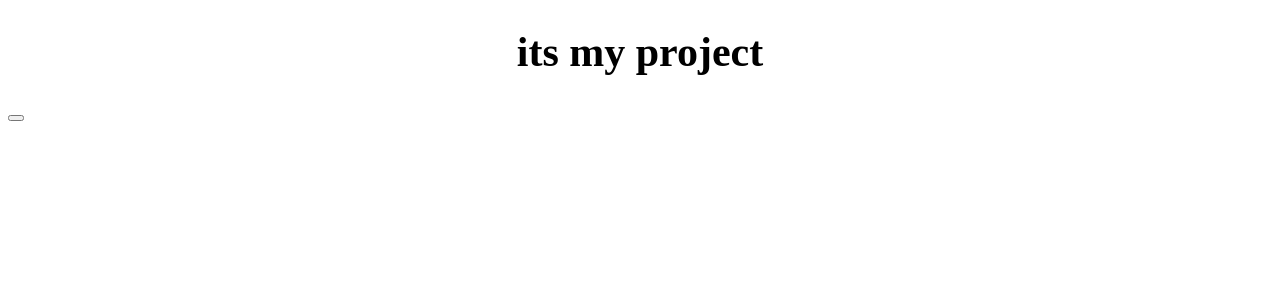
Repository: Hansol46/Films-archive
Page: /
These files come from the project's save history. The page is drawn as it stood at one moment and after the next save; the edit follows.
The browser window is 1280 px wide. The pictures show the whole page.
The page's requests for data from a server got no answer. The project was rebuilt for these pictures with package versions that can differ from the ones it lists, and the page was loaded fresh each time. No one was signed in, and anything a server would have sent is missing. Also part of the build but not shown: webpack.config.js.

Above is the page before, as saved 2020-09-24 19:55:30.

### src/index.html
<!DOCTYPE html>
<html lang="en">
<head>
    <meta charset="UTF-8">
    <meta name="viewport" content="width=device-width, initial-scale=1.0">
    <title>Search Films</title>
</head>
<body>
    <div id='root'>

    </div>
</body>
</html>

### src/index.js
import React from 'react'
import ReactDOM from 'react-dom'
import App from './components/App'


ReactDOM.render(<App />, document.getElementById('root'))

### src/components/App.js
import React from 'react'
import '../styles/App.css'
import Search from './Search'


function App () {
    return (
        <div>
            <h1> its my project</h1>
            <Search />
        </div>
    )
}

export default App

### src/styles/App.css
h1 {
    color: black;
    text-align: center;
    font-size: 42px;
}

### src/components/Search.js
import React, { useEffect, useState } from 'react'

function Search() {
    // const [error, setError] = useState(null)
    // const [isLoader, setLoader] = useState(false)
    // const [state, setState] = useState([])

    // useEffect( () => {
    //     fetch('http://www.omdbapi.com/?i=tt3896198&apikey=480344f1')
    //         .then(res = res.json())
    //             .then(result => {
    //                 setLoader(true)
    //                 setState(result.state)
    //             },
    //                 (error)=> {
    //                     setLoader(true)
    //                     setError(error)
    //                 })},
    // [])

    // if(error) {
    //     return <div>Error: {error.message}</div>
    // } else if (!isLoader) {
    //     return <div>Loading...</div>
    // } else {
    //    return (
    //         <>
    //         <h1>hellooooooooooooo</h1>
    //             {/* {state.map(s => (
    //                 <div>
    //                 {s}
    //                 </div>
    //             ))} */}
    //         </>
    //     )
    // }
    const [error, setError] = useState(null);
    const [isLoaded, setIsLoaded] = useState(false);
    const [items, setItems] = useState([]);

    useEffect(() => {
      fetch("http://www.omdbapi.com/?i=tt3896198&apikey=480344f1")
        .then(res => res.json())
        // .then(
        //   (result) => {
        //     setIsLoaded(true);
        //     setItems(result.items);
        //   },
        //   (error) => {
        //     setIsLoaded(true);
        //     setError(error);
        //   }
        // )
    }, [])

    // if (error) {
    //   return <div>Ошибка: {error.message}</div>;
    // } else if (!isLoaded) {
    //   return <div>Загрузка...</div>;
    // } else {
    return (
        <div>
           <button onClick={()=> console.log(res)}></button>
        </div>

    )
        // <ul>
        //   {items.map(item => (
        //     <li key={item.name}>
        //       {item.name} {item.price}
        //     </li>
        //   ))}
        // </ul>

    // }
}
export default Search

After the next save:
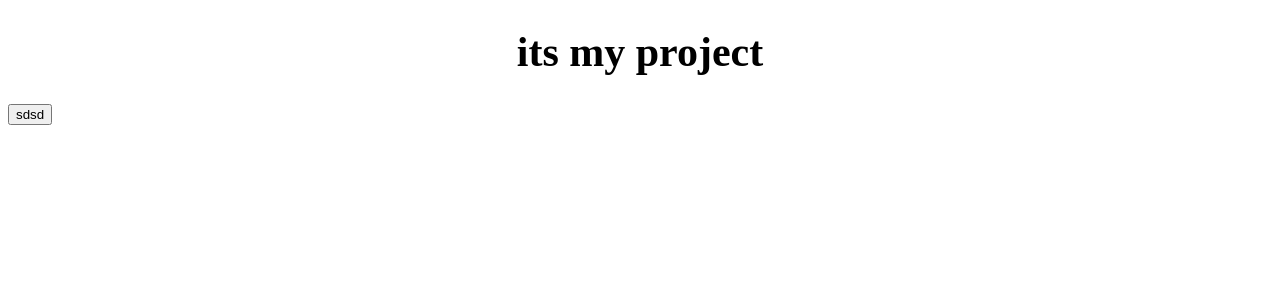
Saved 9 s later.
--- a/src/components/Search.js
+++ b/src/components/Search.js
@@ -60,7 +60,7 @@ function Search() {
     // } else {
     return (
         <div>
-           <button onClick={()=> console.log(res)}></button>
+           <button onClick={()=> console.log(res)}>sdsd</button>
         </div>
 
     )
